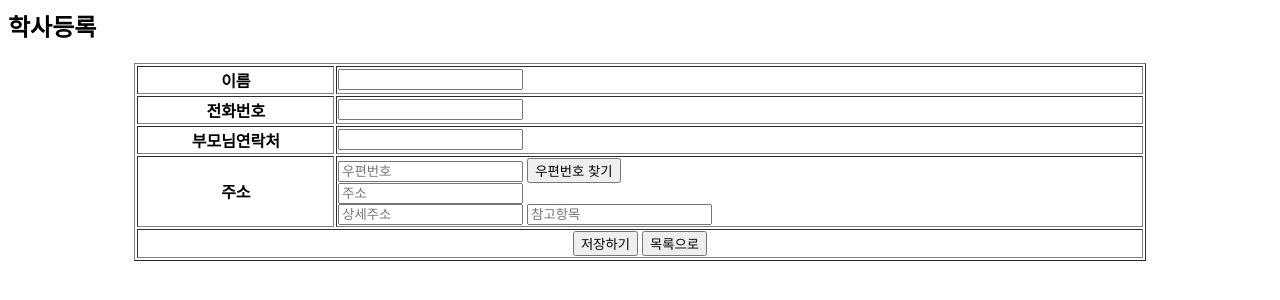
Repository: Mildous/HKIT-BackendClass
Page: http://localhost/jspTest/haksaMember/insert_sub.jsp
The author's editor kept a copy of each file at every save. The page is drawn from the files as they stood at one save, then again after the next save.
The browser window is 1280 px wide. The pictures show the whole page.
The page is served by Tomcat 9.

Above is the page before, as saved 2022-08-17 02:22:18.

After the next save:
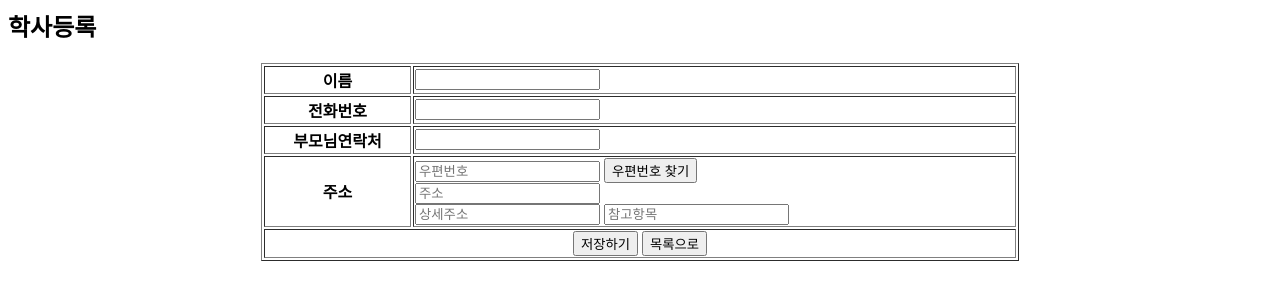
Saved 8 s later.
--- a/workspace/jsp/jspTest/WebContent/haksaMember/insert_sub.jsp
+++ b/workspace/jsp/jspTest/WebContent/haksaMember/insert_sub.jsp
@@ -5,7 +5,7 @@
 <h2>학사등록</h2>
 
 <form name="DirForm">
-<table border="1" width="80%" align="center">
+<table border="1" width="60%" align="center">
 	<tr>
 		<th>이름</th>
 		<td><input type="text" name="name" id="name"></td>
